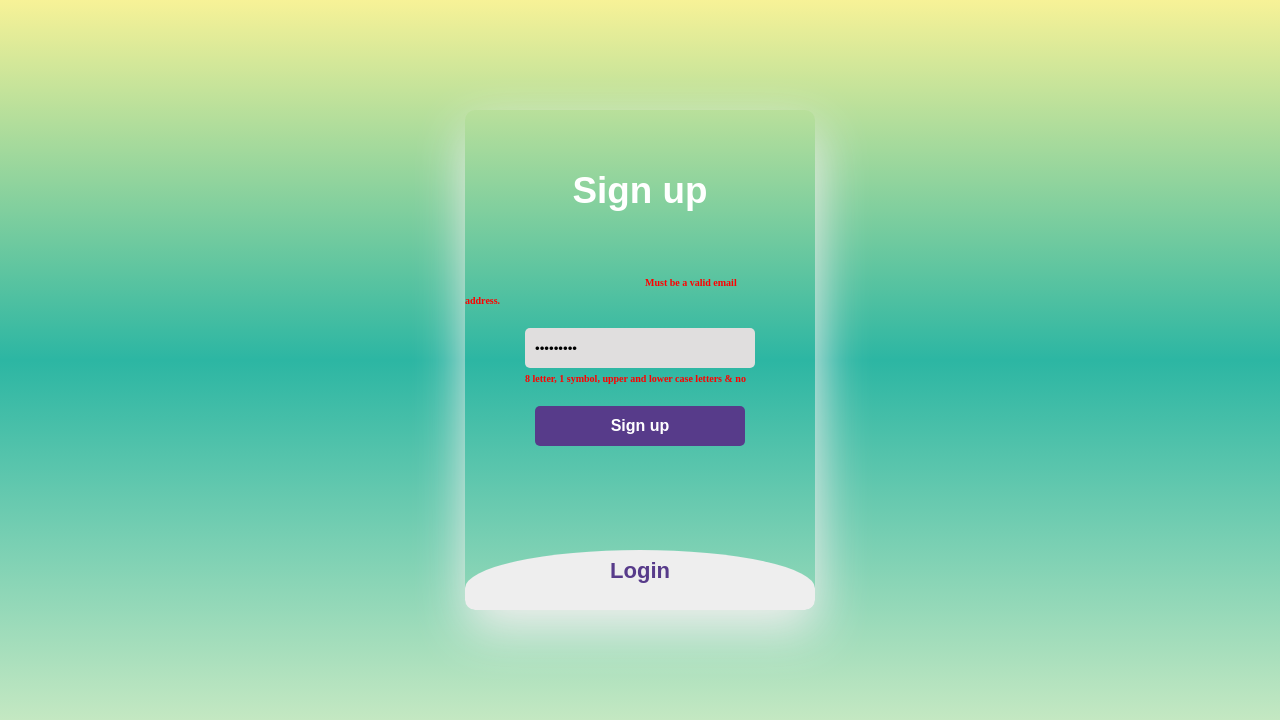
Repository: Puttaz/Kicks
Page: loginForm.html
An editor plug-in stored every save of this project. The page is shown before and after the next save, followed by the edit.
The browser window is 1280 px wide. The pictures show the whole page.
Empty fields were first filled with sample values (such as "Sample", 5 or name@example.com).
After loading, the first visible `form` was submitted once.

Above is the page before, as saved 2023-04-13 13:57:41.

After the next save:
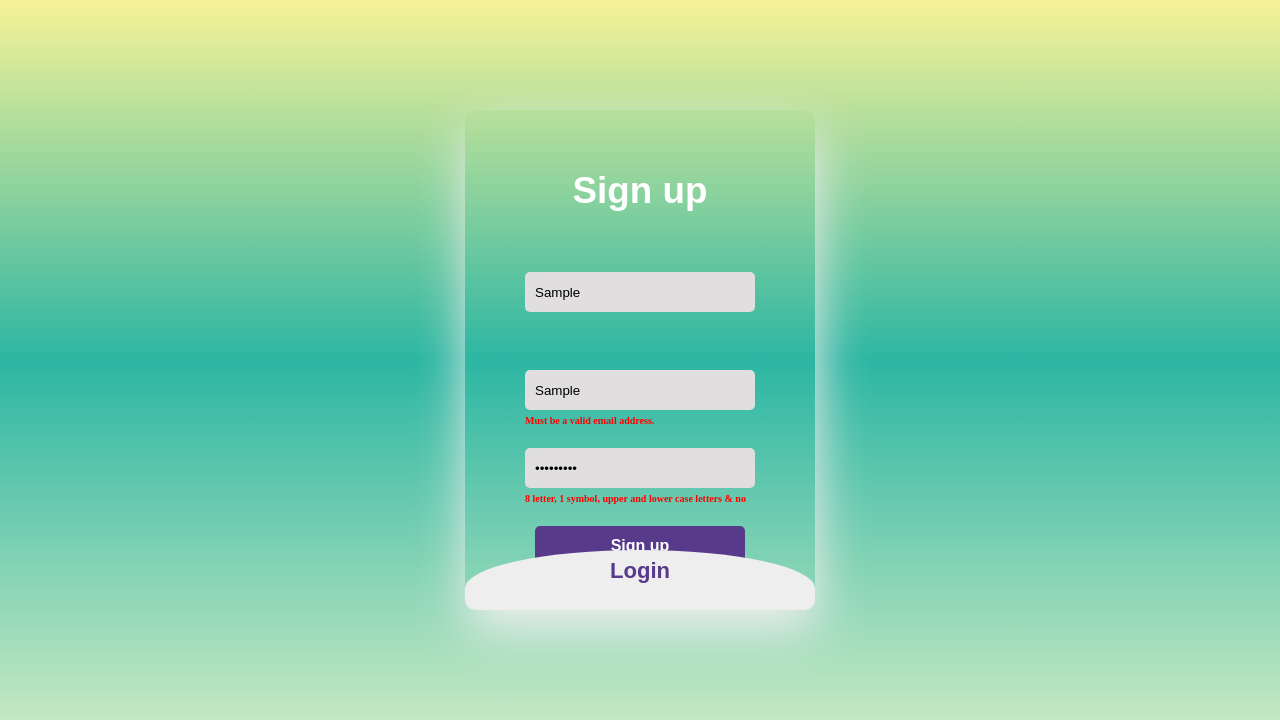
Saved 22 s later.
--- a/js/loginForm.js
+++ b/js/loginForm.js
@@ -4,7 +4,7 @@
 
    // For printing the error messages
   // $(":text").next().text("*");
-  $(":text").hide();
+  $("span").hide();
  $(":text").after("<span></span>");
  $(":password").after("<span></span>");
  // Created different regex for each label
